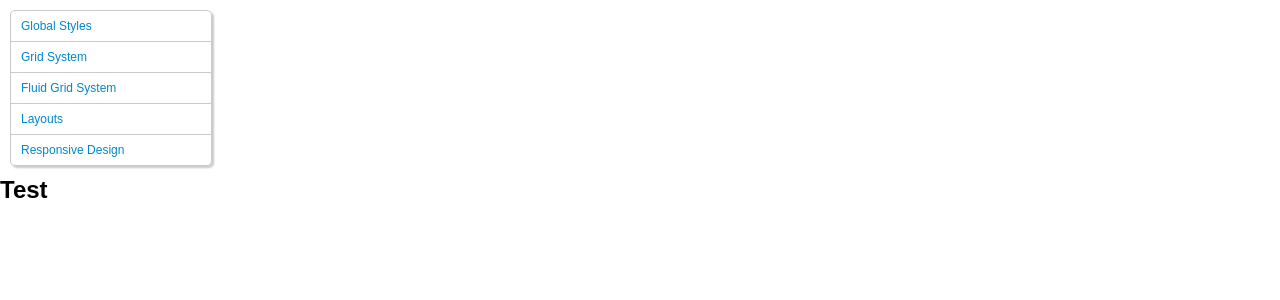
Repository: Sakivaday/UI-TSQ
Page: Aptana Studio 3 Workspace/tsq/assignment3/nav.html
These files come from the project's save history. The page is drawn as it stood at one moment and after the next save; the edit follows.
The browser window is 1280 px wide. The pictures show the whole page.

Above is the page before, as saved 2015-01-16 19:55:26.

After the next save:
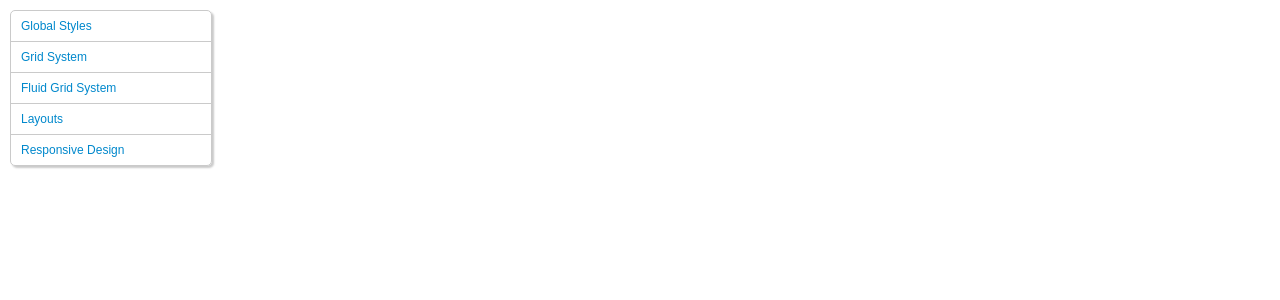
Saved 4 min 34 s later.
--- a/Aptana Studio 3 Workspace/tsq/assignment3/nav.html
+++ b/Aptana Studio 3 Workspace/tsq/assignment3/nav.html
@@ -17,6 +17,5 @@
             <li><a href="#">Responsive Design</a></li>
             </ul>
         </div>
-        <h1>Test</h1>
 	</body>
 </html>
